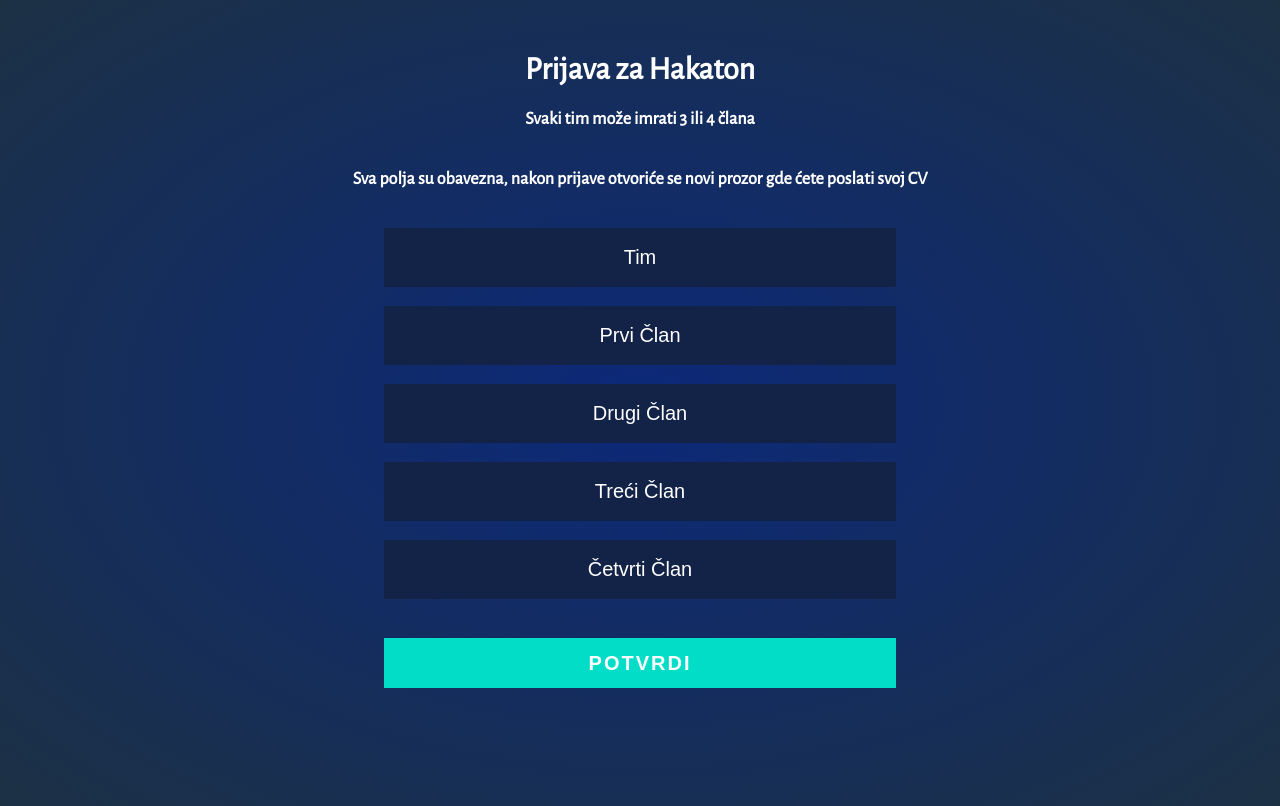
Repository: MilenaPetrovic/fonhakaton2019
Page: prijava/PrijaveHakaton.html
An editor plug-in stored every save of this project. The page is shown before and after the next save, followed by the edit.
The browser window is 1280 px wide. The pictures show the whole page.
Some web libraries are served in a nearby version.

Above is the page before, as saved 2019-02-19 15:10:39.

After the next save:
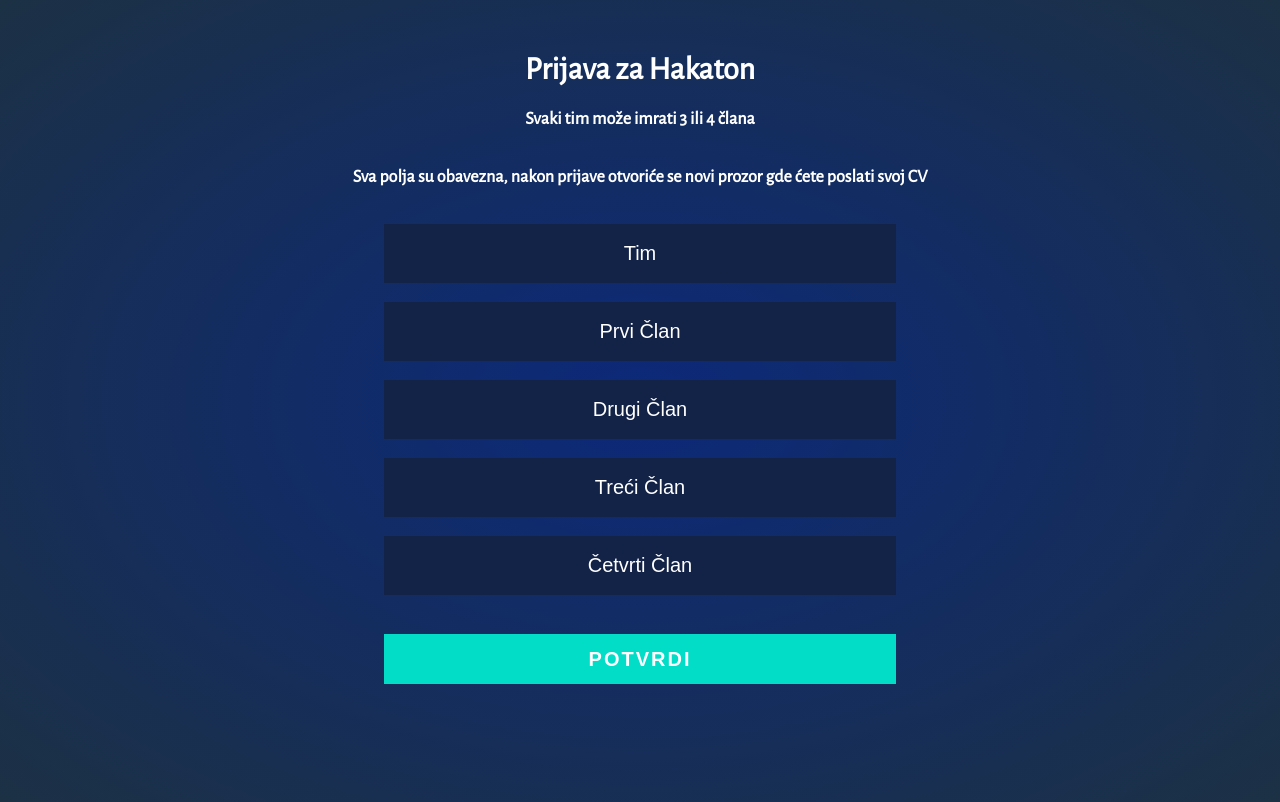
Saved 11 s later.
--- a/prijava/Prijave.css
+++ b/prijava/Prijave.css
@@ -78,7 +78,7 @@ h3 {
     margin-bottom: 50px;
     margin-left: 20px;
     margin-right: 20px;
-    height: 10px;
+    height: 8px;
 }
 
 ::placeholder {
